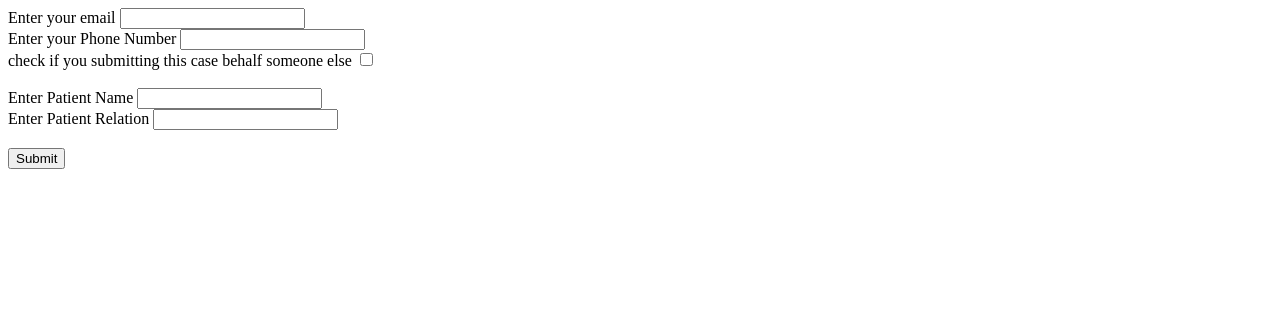
Repository: OmarAl-Saleh/Hospital-Emergency-System
Page: http://localhost/EmergencySystem/patient/sign-in.jsp
The author's editor kept a copy of each file at every save. The page is drawn from the files as they stood at one save, then again after the next save.
The browser window is 1280 px wide. The pictures show the whole page.
The page is served by Tomcat 9.

Above is the page before, as saved 2024-05-22 09:57:01.

After the next save:
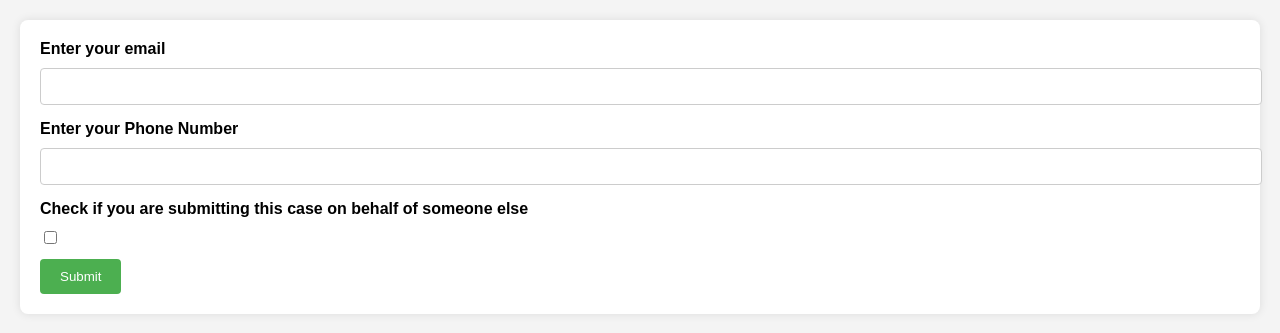
Saved 6 min 48 s later.
--- a/EmergencySystem/EmergencySystem/src/main/webapp/patient/sign-in.jsp
+++ b/EmergencySystem/EmergencySystem/src/main/webapp/patient/sign-in.jsp
@@ -5,28 +5,90 @@
 <head>
 <meta charset="ISO-8859-1">
 <title>Patient sign in page</title>
+<style>
+    body {
+        font-family: Arial, sans-serif;
+        background-color: #f4f4f4;
+        margin: 0;
+        padding: 20px;
+    }
+
+    form {
+        background-color: white;
+        padding: 20px;
+        border-radius: 8px;
+        box-shadow: 0 0 10px rgba(0, 0, 0, 0.1);
+    }
+
+    label {
+        display: block;
+        margin-bottom: 10px;
+        font-weight: bold;
+    }
+
+    input[type="text"], input[type="email"], input[type="tel"] {
+        width: 100%;
+        padding: 10px;
+        margin-bottom: 15px;
+        border: 1px solid #ccc;
+        border-radius: 4px;
+    }
+
+    input[type="checkbox"] {
+        margin-bottom: 15px;
+    }
+
+    input[type="submit"] {
+        background-color: #4CAF50;
+        color: white;
+        border: none;
+        padding: 10px 20px;
+        cursor: pointer;
+        border-radius: 4px;
+    }
+
+    input[type="submit"]:hover {
+        background-color: #45a049;
+    }
+
+    .hidden-section {
+        display: none;
+    }
+</style>
+<script>
+    function togglePatientInfo() {
+        var checkbox = document.querySelector('input[name="sub_patient"]');
+        var patientInfoDiv = document.getElementById('patient-info');
+        patientInfoDiv.style.display = checkbox.checked ? 'block' : 'none';
+    }
+
+    window.onload = function() {
+        var checkbox = document.querySelector('input[name="sub_patient"]');
+        checkbox.addEventListener('change', togglePatientInfo);
+        togglePatientInfo(); // Initial check to set the correct state on page load
+    }
+</script>
 </head>
 <body>
 <form action="patient" method="get">
-<label>Enter your email</label>
-<input type="email" name="email" required/>
-<br>
-<label>Enter your Phone Number</label>
-<input type="tel" name="phoneNumber" required/>
-<br>
-<label>check if you submitting this case behalf someone else</label>
-<input type="checkbox" name="sub_patient" />
-<div>
-<br>
-<label>Enter Patient Name</label>
-<input type="text" name="sub_patient_name"/>
-<br>
-<label>Enter Patient Relation</label>
-<input type="text" name="sub_patient_relation"/>
-</div>
-<br>
-<input type="submit" value="Submit" />
-
+    <label>Enter your email</label>
+    <input type="email" name="email" required/>
+    <br>
+    <label>Enter your Phone Number</label>
+    <input type="tel" name="phoneNumber" required/>
+    <br>
+    <label>Check if you are submitting this case on behalf of someone else</label>
+    <input type="checkbox" name="sub_patient" />
+    <div id="patient-info" class="hidden-section">
+        <br>
+        <label>Enter Patient Name</label>
+        <input type="text" name="sub_patient_name"/>
+        <br>
+        <label>Enter Patient Relation</label>
+        <input type="text" name="sub_patient_relation"/>
+    </div>
+    <br>
+    <input type="submit" value="Submit" />
 </form>
 </body>
 </html>
